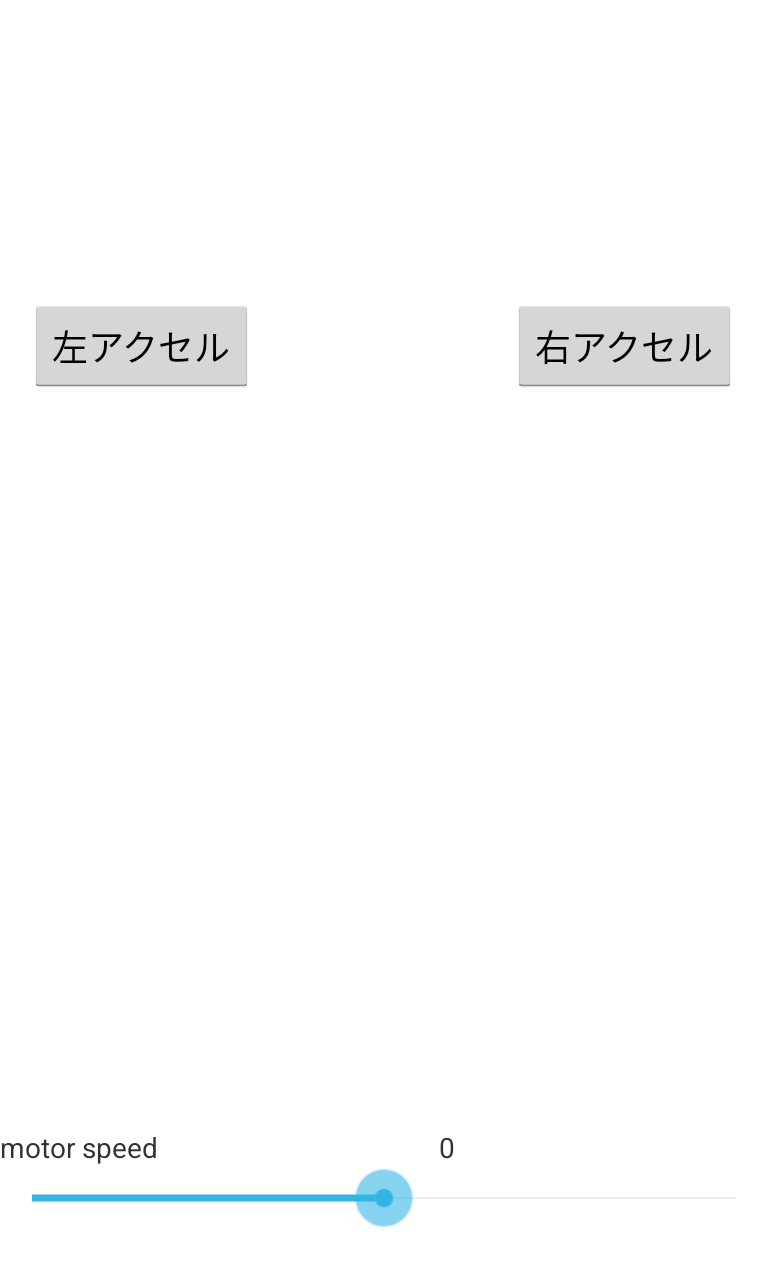
Repository: takugoto/2WD-car
Layout: workspace/2WDcar/res/layout/activity_main.xml
These files come from the project's save history. The layout is drawn as it stood at one moment and after the next save; the edit follows.
It is drawn on a 768 x 1280 px phone screen (xhdpi) without system bars, with theme AppTheme; the app's code is not run.

Above is the layout before, as saved 2012-11-29 08:13:41.

After the next save:
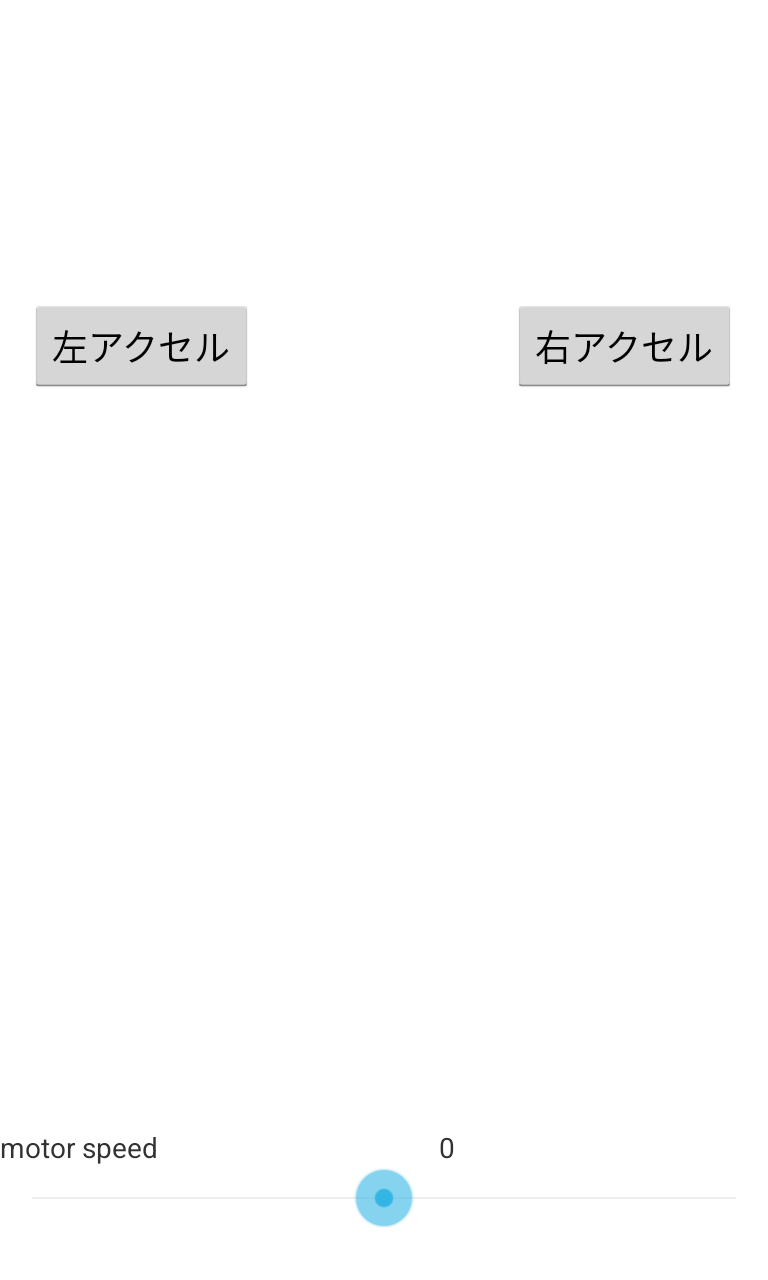
Saved 6 days later.
--- a/workspace/2WDcar/res/layout/activity_main.xml
+++ b/workspace/2WDcar/res/layout/activity_main.xml
@@ -11,7 +11,8 @@
         android:layout_alignParentLeft="true"
         android:layout_marginBottom="25dp"
         android:max="100"
-        android:progress="50" />
+        android:min='-100'
+        android:progress="0" />
 
     <Button
         android:id="@+id/button1"
